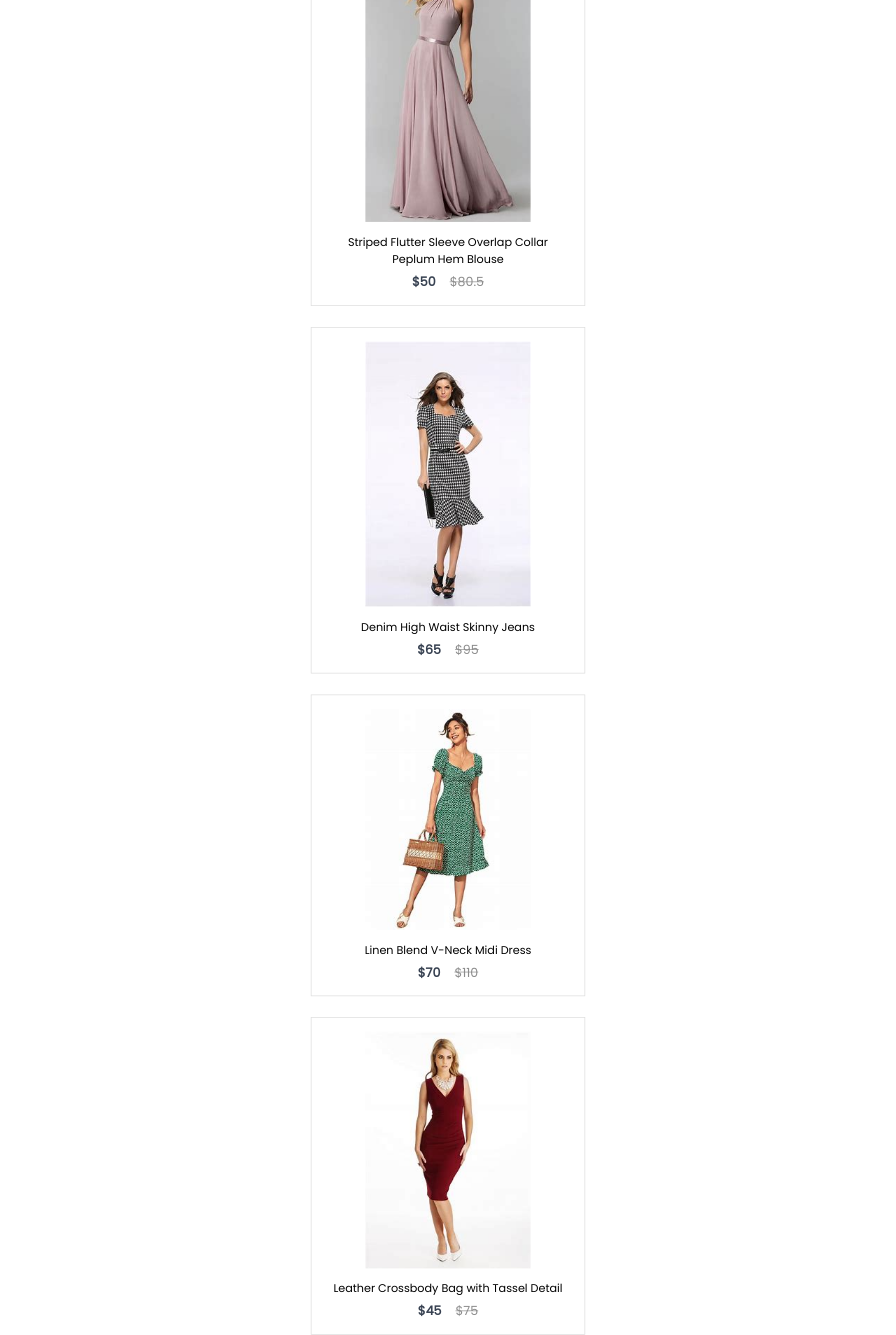
Repository: sshaiv/Shoppie_EcommerceAPP
Page: /
The author's editor kept a copy of each file at every save. The page is drawn from the files as they stood at one save, then again after the next save.
The browser window is 1280 px wide. The pictures show the part of the page from y = 1083 to 3003 px (the page is 2990 px tall before and 3003 px after), at 70% of full size.
The project was rebuilt for these pictures with package versions that can differ from the ones it lists, and the page was loaded fresh each time. Also part of the build but not shown: src/App.css, src/Components/Pages/ShopCategory.jsx, src/Components/Pages/Product.jsx, src/Components/Pages/Cart.jsx, src/Components/Pages/LoginSignup.jsx.

Above is the page before, as saved 2024-07-16 18:23:38.

After the next save:
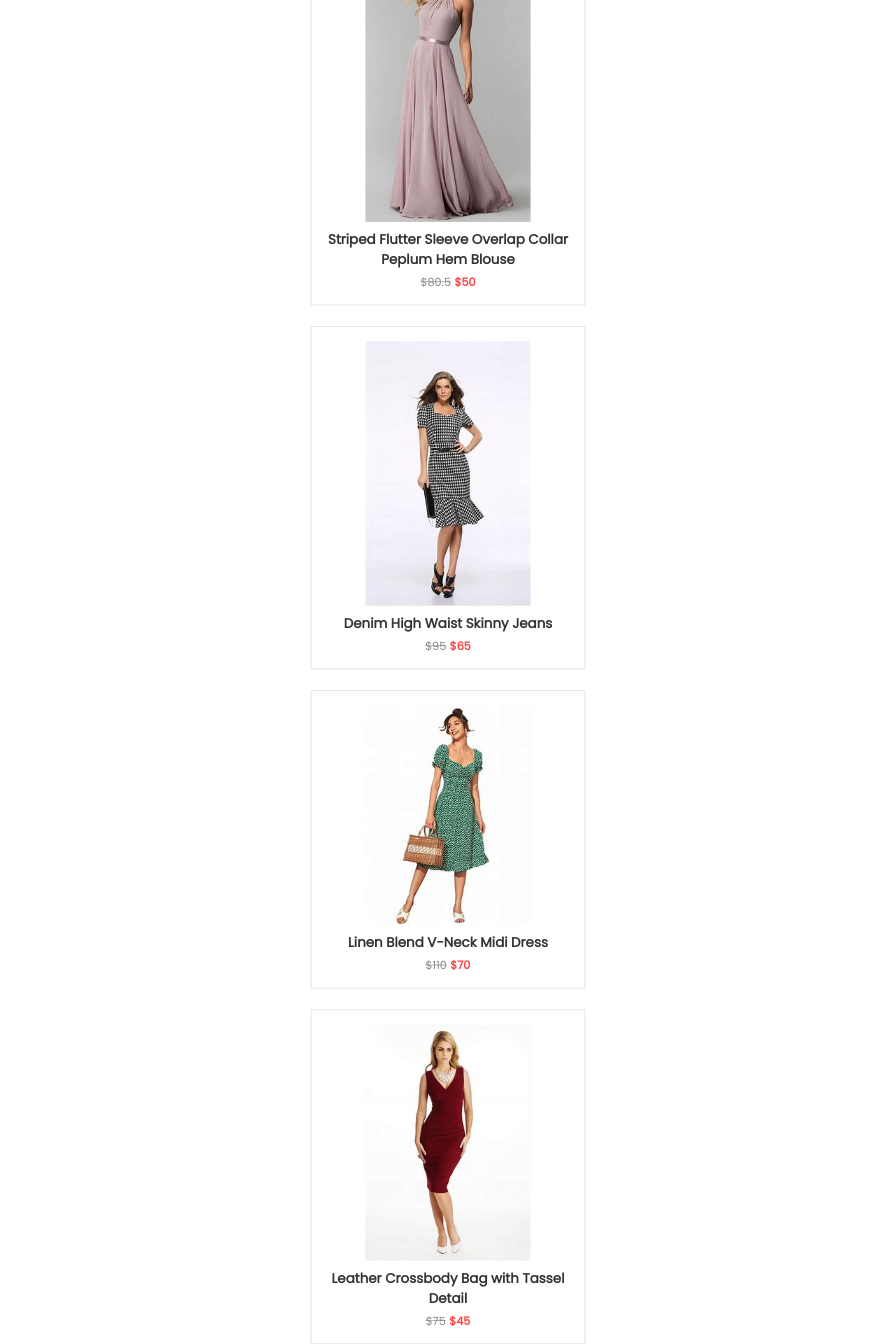
Saved 15 s later.
--- a/src/Components/Popular/Popular.jsx
+++ b/src/Components/Popular/Popular.jsx
@@ -1,20 +1,27 @@
-import React from 'react'
-import './Popular.css'
-import data_product from '../Assets/data'
-import Item from '../Item/Item'
+import React from 'react';
+import './Popular.css';
+import data_product from '../Assets/data';
+import Item from '../Item/Item';
 
 const Popular = () => {
   return (
     <div className='popular'>
-      <h1>POPULAR IN WOMEN </h1>
-    <hr />
-<div className="popular-item">
-    {data_product.map((item,i)=>{
-        return <Item key={i} id={item.id} name={item.name} image={item.image} new_price={item.new_price} old_price={item.old_price}/>
-    })}
-</div>
+      <h1>POPULAR IN WOMEN</h1>
+      <hr />
+      <div className="popular-item">
+        {data_product.map((item, i) => (
+          <div className="item" key={i}>
+            <img src={item.image} alt={item.name} />
+            <div className="name">{item.name}</div>
+            <div className="price">
+              <span className="old-price">${item.old_price}</span>
+              <span className="new-price">${item.new_price}</span>
+            </div>
+          </div>
+        ))}
+      </div>
     </div>
-  )
+  );
 }
 
-export default Popular
+export default Popular;
